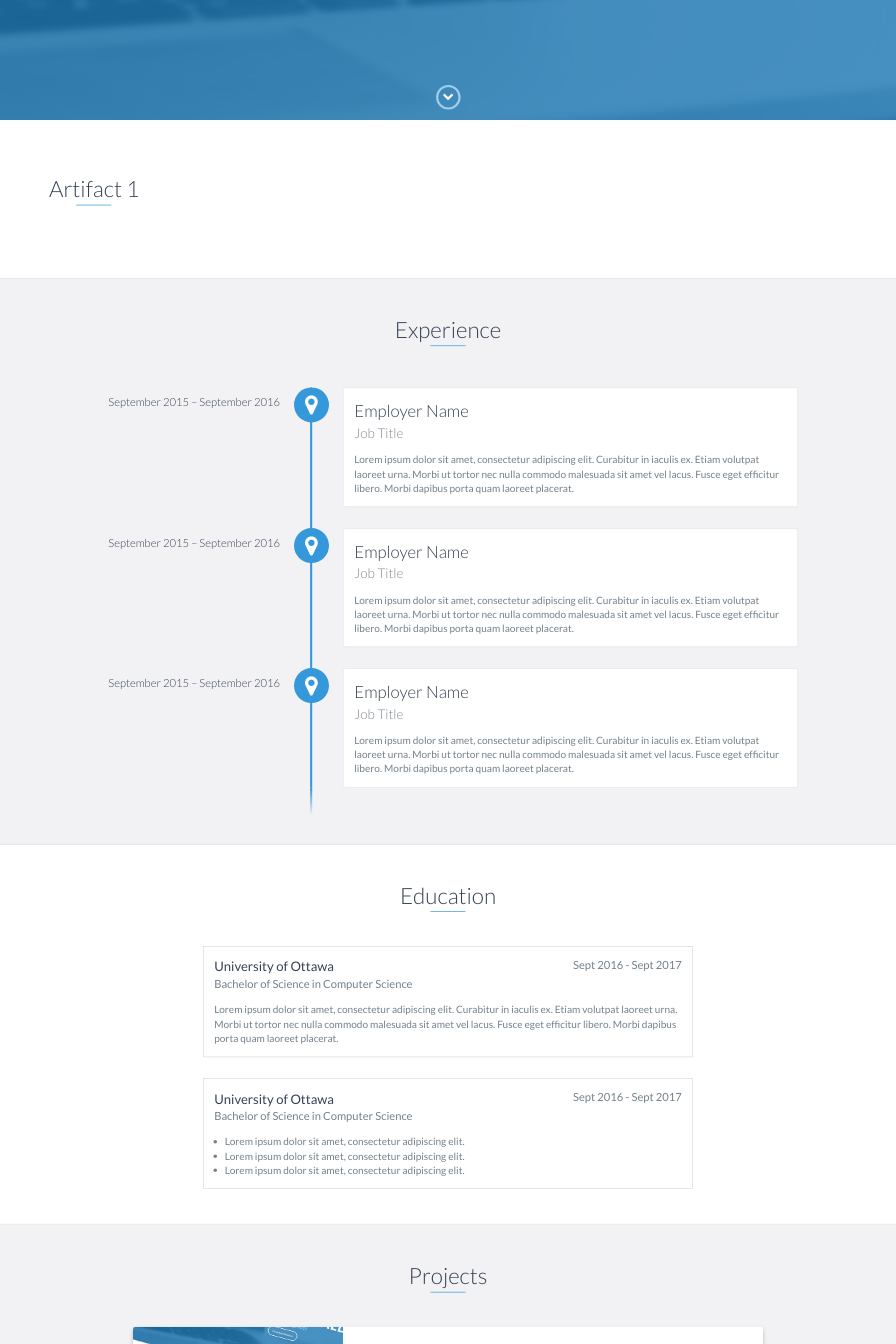
Repository: Legacy477/CS-499-Portfolio
Page: index.html
An editor plug-in stored every save of this project. The page is shown before and after the next save, followed by the edit.
The browser window is 1280 px wide. The pictures show the part of the page from y = 549 to 2469 px (the page is 4053 px tall before and 4297 px after), at 70% of full size.

Above is the page before, as saved 2025-05-25 19:59:36.

### index.html
<!DOCTYPE html>
<html class="no-js" lang="en">

<head>
    <meta charset="utf-8">
    <meta http-equiv="X-UA-Compatible" content="IE=edge">
    <meta name="viewport" content="width=device-width, initial-scale=1">
    <title>My Portfolio</title>
	<link rel="shortcut icon" href="favicon.ico" type="image/x-icon">
	<link rel="icon" href="favicon.ico" type="image/x-icon">
    <link href="https://fonts.googleapis.com/css?family=Lato:300,400,700,900" rel="stylesheet">
    <link rel="stylesheet" href="libs/font-awesome/css/font-awesome.min.css">
    <link href="css/bootstrap.min.css" rel="stylesheet">
    <link href="css/styles.css" rel="stylesheet">
</head>

<body>
    <div id="mobile-menu-open" class="shadow-large">
        <i class="fa fa-bars" aria-hidden="true"></i>
    </div>
    <!-- End #mobile-menu-toggle -->
    <header>
        <div id="mobile-menu-close">
            <span>Close</span> <i class="fa fa-times" aria-hidden="true"></i>
        </div>
        <ul id="menu" class="shadow">
            <li>
                <a href="#about">About</a>
            </li>
            <li>
                <a href="#experience">Experience</a>
            </li>
            <li>
                <a href="#education">Education</a>
            </li>
            <li>
                <a href="#projects">Projects</a>
            </li>
            <li>
                <a href="#skills">Skills</a>
            </li>
            <li>
                <a href="#contact">Contact</a>
            </li>
        </ul>
    </header>
    <!-- End header -->

    <div id="lead">
        <div id="lead-content">
            <h1>Brenden Choate</h1>
            <h2>Software Engineer</h2>
            <a href="#" class="btn-rounded-white">Download Resume</a>
        </div>
        <!-- End #lead-content -->

        <div id="lead-overlay"></div>

        <div id="lead-down">
            <span>
                <i class="fa fa-chevron-down" aria-hidden="true"></i>
            </span>
        </div>
        <!-- End #lead-down -->
    </div>
    <!-- End #lead -->

    <div id="about">
        <div class="container">
            <div class="row">
                <div class="col-md-4">
                    <h2 class="heading">Artifact 1</h2>
                </div>
                <div class="col-md-8">
                    <p>

                    </p>
                </div>
            </div>
        </div>
    </div>
    <!-- End #about -->

    <div id="experience" class="background-alt">
        <h2 class="heading">Experience</h2>
        <div id="experience-timeline">
            <div data-date="September 2015 – September 2016">
                <h3>Employer Name</h3>
                <h4>Job Title</h4>
                <p>
                    Lorem ipsum dolor sit amet, consectetur adipiscing elit. Curabitur in iaculis ex. Etiam volutpat laoreet urna. Morbi ut tortor nec nulla commodo malesuada sit amet vel lacus. Fusce eget efficitur libero. Morbi dapibus porta quam laoreet placerat.
                </p>
            </div>

            <div data-date="September 2015 – September 2016">
                <h3>Employer Name</h3>
                <h4>Job Title</h4>
                <p>
                    Lorem ipsum dolor sit amet, consectetur adipiscing elit. Curabitur in iaculis ex. Etiam volutpat laoreet urna. Morbi ut tortor nec nulla commodo malesuada sit amet vel lacus. Fusce eget efficitur libero. Morbi dapibus porta quam laoreet placerat.
                </p>
            </div>

            <div data-date="September 2015 – September 2016">
                <h3>Employer Name</h3>
                <h4>Job Title</h4>
                <p>
                    Lorem ipsum dolor sit amet, consectetur adipiscing elit. Curabitur in iaculis ex. Etiam volutpat laoreet urna. Morbi ut tortor nec nulla commodo malesuada sit amet vel lacus. Fusce eget efficitur libero. Morbi dapibus porta quam laoreet placerat.
                </p>
            </div>
        </div>
    </div>
    <!-- End #experience -->

    <div id="education">
        <h2 class="heading">Education</h2>
        <div class="education-block">
            <h3>University of Ottawa</h3>
            <span class="education-date">Sept 2016 - Sept 2017</span>
            <h4>Bachelor of Science in Computer Science</h4>
            <p>
                Lorem ipsum dolor sit amet, consectetur adipiscing elit. Curabitur in iaculis ex. Etiam volutpat laoreet urna. Morbi ut tortor nec nulla commodo malesuada sit amet vel lacus. Fusce eget efficitur libero. Morbi dapibus porta quam laoreet placerat.
            </p>
        </div>
        <!-- End .education-block -->

        <div class="education-block">
            <h3>University of Ottawa</h3>
            <span class="education-date">Sept 2016 - Sept 2017</span>
            <h4>Bachelor of Science in Computer Science</h4>
            <ul>
                <li>
                    Lorem ipsum dolor sit amet, consectetur adipiscing elit.
                </li>
                <li>
                    Lorem ipsum dolor sit amet, consectetur adipiscing elit.
                </li>
                <li>
                    Lorem ipsum dolor sit amet, consectetur adipiscing elit.
                </li>
            </ul>
        </div>
        <!-- End .education-block -->
    </div>
    <!-- End #education -->

    <div id="projects" class="background-alt">
        <h2 class="heading">Projects</h2>
        <div class="container">
            <div class="row">
                <div class="project shadow-large">
                    <div class="project-image">
                        <img src="images/project.jpg" />
                    </div>
                    <!-- End .project-image -->
                    <div class="project-info">
                        <h3>Project Name Here</h3>
                        <p>
                            Lorem ipsum dolor sit amet, consectetur adipiscing elit. Curabitur in iaculis ex. Etiam volutpat laoreet urna. Morbi ut tortor nec nulla commodo malesuada sit amet vel lacus. Fusce eget efficitur libero. Morbi dapibus porta quam laoreet placerat.
                        </p>
                        <a href="#">View Project</a>
                    </div>
                    <!-- End .project-info -->
                </div>
                <!-- End .project -->

                <div class="project shadow-large">
                    <div class="project-image">
                        <img src="images/project.jpg" />
                    </div>
                    <!-- End .project-image -->
                    <div class="project-info">
                        <h3>Project Name Here</h3>
                        <p>
                            Lorem ipsum dolor sit amet, consectetur adipiscing elit. Curabitur in iaculis ex. Etiam volutpat laoreet urna. Morbi ut tortor nec nulla commodo malesuada sit amet vel lacus. Fusce eget efficitur libero. Morbi dapibus porta quam laoreet placerat.
                        </p>
                        <a href="#">View Project</a>
                    </div>
                    <!-- End .project-info -->
                </div>
                <!-- End .project -->
            </div>
        </div>
    </div>
    <!-- End #projects -->

    <div id="skills">
        <h2 class="heading">Skills</h2>
        <ul>
            <li>JavaScript</li>
            <li>Python</li>
            <li>Ruby</li>
            <li>Go</li>
            <li>Node.js</li>
            <li>AngularJs</li>
            <li>React</li>
            <li>Elixir</li>
            <li>Java</li>
            <li>C</li>
            <li>C#</li>
            <li>C++</li>
            <li>Ruby on Rails</li>
            <li>JavaScript</li>
            <li>Python</li>
            <li>Ruby</li>
            <li>Go</li>
            <li>Node.js</li>
            <li>AngularJs</li>
            <li>React</li>
            <li>Elixir</li>
            <li>Java</li>
            <li>C</li>
            <li>C#</li>
            <li>C++</li>
            <li>Ruby on Rails</li>
        </ul>
    </div>
    <!-- End #skills -->

    <div id="contact">
        <h2>Get in Touch</h2>
        <div id="contact-form">
            <form method="POST" action="https://formspree.io/email@email.com">
                <input type="hidden" name="_subject" value="Contact request from personal website" />
                <input type="email" name="_replyto" placeholder="Your email" required>
                <textarea name="message" placeholder="Your message" required></textarea>
                <button type="submit">Send</button>
            </form>
        </div>
        <!-- End #contact-form -->
    </div>
    <!-- End #contact -->

    <footer>
        <div class="container">
            <div class="row">
                <div class="col-sm-5 copyright">
                    <p>
                        Copyright &copy; <span id="current-year">2022</span> YOUR NAME
                    </p>
                </div>
                <div class="col-sm-2 top">
                    <span id="to-top">
                        <i class="fa fa-chevron-up" aria-hidden="true"></i>
                    </span>
                </div>
                <div class="col-sm-5 social">
                    <ul>
                        <li>
                            <a href="https://github.com/" target="_blank"><i class="fa fa-github" aria-hidden="true"></i></a>
                        </li>
                        <li>
                            <a href="https://stackoverflow.com/" target="_blank"><i class="fa fa-stack-overflow" aria-hidden="true"></i></a>
                        </li>
                        <li>
                            <a href="https://linkedin.com/" target="_blank"><i class="fa fa-linkedin" aria-hidden="true"></i></a>
                        </li>
                        <li>
                            <a href="https://www.facebook.com/" target="_blank"><i class="fa fa-facebook" aria-hidden="true"></i></a>
                        </li>
                        <li>
                            <a href="https://twitter.com/" target="_blank"><i class="fa fa-twitter" aria-hidden="true"></i></a>
                        </li>
                        <li>
                            <a href="https://plus.google.com/" target="_blank"><i class="fa fa-google-plus" aria-hidden="true"></i></a>
                        </li>
                    </ul>
                </div>
            </div>
        </div>
    </footer>
    <!-- End footer -->

    <script src="https://ajax.googleapis.com/ajax/libs/jquery/1.12.4/jquery.min.js"></script>
    <script src="js/scripts.min.js"></script>
</body>

</html>

Loaded but not shown: libs/font-awesome/css/font-awesome.min.css (library); css/bootstrap.min.css (library); css/styles.css (library); js/scripts.min.js (common file)

After the next save:
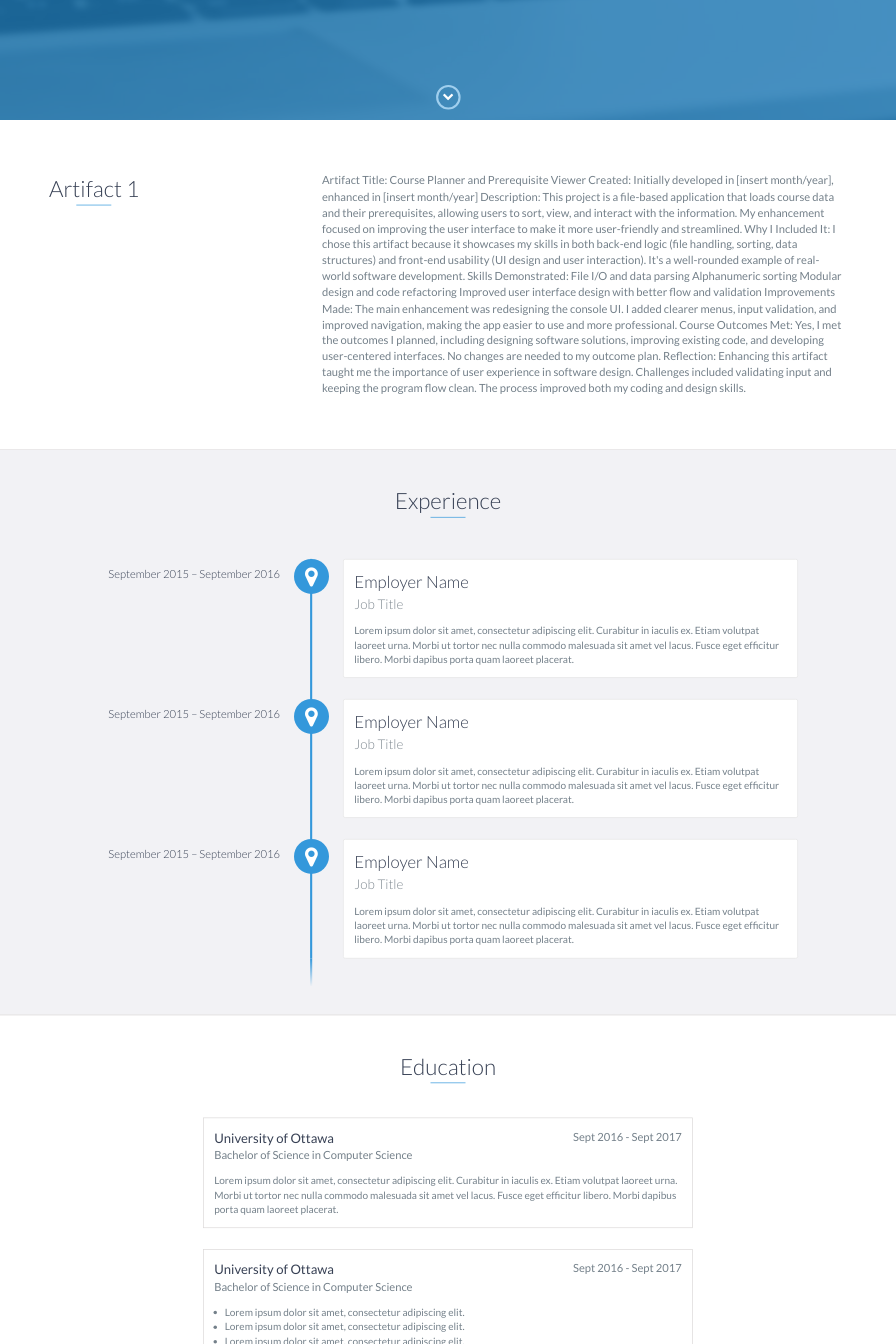
Saved 35 min 22 s later.
--- a/index.html
+++ b/index.html
@@ -73,7 +73,33 @@
                 </div>
                 <div class="col-md-8">
                     <p>
-
+                    Artifact Title: Course Planner and Prerequisite Viewer
+Created: Initially developed in [insert month/year], enhanced in [insert month/year]
+
+Description:
+This project is a file-based application that loads course data and their prerequisites, allowing users to sort, view, and interact with the information. My enhancement focused on improving the user interface to make it more user-friendly and streamlined.
+
+Why I Included It:
+I chose this artifact because it showcases my skills in both back-end logic (file handling, sorting, data structures) and front-end usability (UI design and user interaction). It's a well-rounded example of real-world software development.
+
+Skills Demonstrated:
+
+File I/O and data parsing
+
+Alphanumeric sorting
+
+Modular design and code refactoring
+
+Improved user interface design with better flow and validation
+
+Improvements Made:
+The main enhancement was redesigning the console UI. I added clearer menus, input validation, and improved navigation, making the app easier to use and more professional.
+
+Course Outcomes Met:
+Yes, I met the outcomes I planned, including designing software solutions, improving existing code, and developing user-centered interfaces. No changes are needed to my outcome plan.
+
+Reflection:
+Enhancing this artifact taught me the importance of user experience in software design. Challenges included validating input and keeping the program flow clean. The process improved both my coding and design skills.
                     </p>
                 </div>
             </div>
